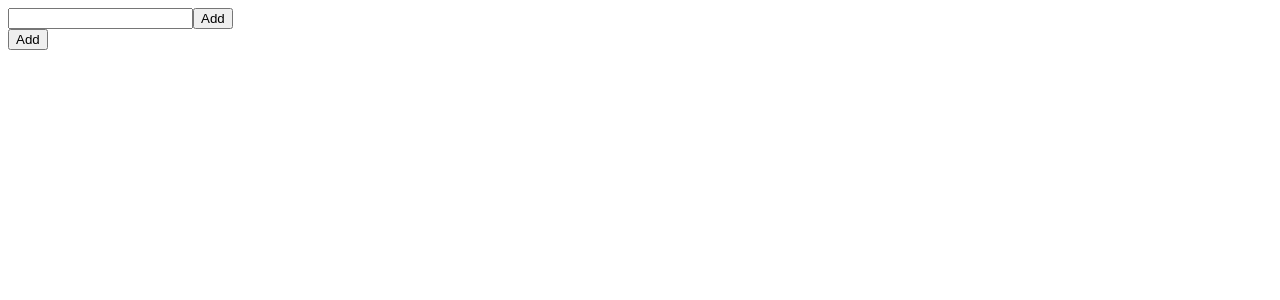
Repository: lilit1121/Vue.js-and-Rapid-Prototyping
Page: /
These files come from the project's save history. The page is drawn as it stood at one moment and after a run of saves; the edit follows.
The browser window is 1280 px wide. The pictures show the whole page.
The project was rebuilt for these pictures with package versions that can differ from the ones it lists, and the page was loaded fresh each time. Also part of the build but not shown: vue.config.js.

Above is the page before, as saved 2023-02-08 15:32:42.

### src/App.vue
<template>
  <div id="app">
    <nav>

    </nav>
    <router-view/>
  </div>
</template>

<style lang="scss">

</style>

### src/router/index.js
import Vue from 'vue'
import VueRouter from 'vue-router'
import Home from '../views/Home.vue'

Vue.use(VueRouter)

const routes = [
  {
    path: '/',
    name: 'home',
    component: Home
  },

]

const router = new VueRouter({
  mode: 'history',
  base: process.env.BASE_URL,
  routes
})

export default router

### src/views/Home.vue
<template>
  <div class="home">
    <form @submit.prevent="addTodo">
      <input v-model="newTodo" type="text" />
      <button type="submit">Add</button>
    </form>
    <button >Add</button>
    <ul>
      <li
        v-for="(todo, index) in todos"
        :key="todo.id"
        @dragstart="dragStart(index)"
        @dragover="dragOver(index)"
        @dragend="dragend(index)"
        draggable="true"
      >
        <input type="checkbox" v-model="todo.completed" />
        {{ todo.text }}
        <button @click.prevent="removeTodo(todo)">Remove</button>
      </li>
    </ul>
  </div>
</template>

<script>
export default {
  name: "Home",
  data() {
    return {
      newTodo: "",
      todos: [],
      draggedTodo: null,
      draggedIndex: null,
    };
  },
  methods: {
    addTodo() {
      this.todos.push({
        id: Date.now(),
        text: this.newTodo,
        completed: false,
      });
      this.newTodo = "";
    },
    removeTodo(todo) {
      this.todos = this.todos.filter((el) => el.id != todo.id);
    },
    dragStart(index) {
      console.log("this.todos start", this.todos);
      this.draggedTodo = this.todos[index];
      this.draggedIndex = index;
      console.log("this.draggedTodo", this.draggedTodo);
    },
    dragOver(index) {
      const draggedOverTodo = this.todos[index];
      if (this.draggedTodo === draggedOverTodo) {
        return;
      } else {
        this.draggedIndex = index;
        return;
      }
    },
    dragend(index) {
      const draggedOverTodo = this.todos[this.draggedIndex];
      if (this.draggedIndex < index) {
        this.todos.splice(this.draggedIndex, 0, this.draggedTodo);
        this.todos.splice(index + 1, 1);
      } else if (this.draggedIndex > index) {
        this.todos.splice(index, 0, draggedOverTodo);
        this.todos.splice(this.draggedIndex + 1, 1);
      }

      this.draggedTodo = null;
      this.draggedIndex = null;
    },
  },
};
</script>
<style lang="scss" scoped>
ul {
  list-style: none;
  padding: 0;
  margin: 0;
}
li {
  width: fit-content;
  background-color: #f1f1f1;
  padding: 10px;
  margin-bottom: 10px;
  border-radius: 5px;
}
li.dragged {
  opacity: 0.5;
}
</style>

Loaded but not shown: public/index.html (common file); src/main.js (common file); src/store/index.js (common file)

After the next 2 saves:
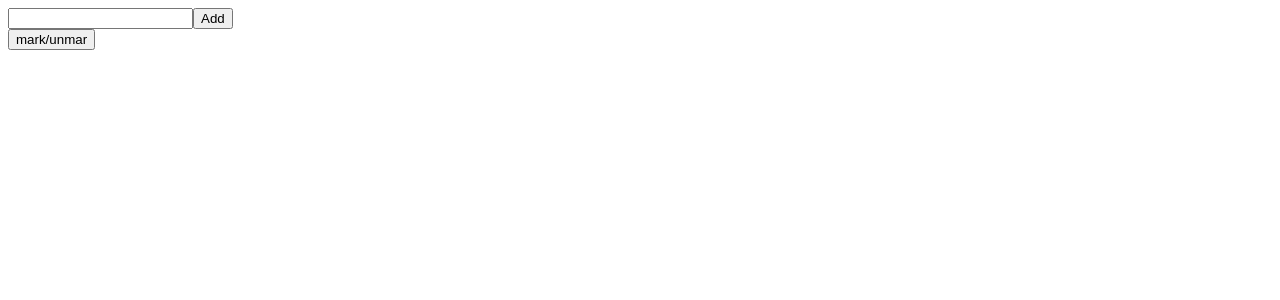
The 2 saves are shown as one change because they came seconds apart.
The last was saved 10 s later.
--- a/src/views/Home.vue
+++ b/src/views/Home.vue
@@ -4,7 +4,7 @@
       <input v-model="newTodo" type="text" />
       <button type="submit">Add</button>
     </form>
-    <button >Add</button>
+    <button>mark/unmar</button>
     <ul>
       <li
         v-for="(todo, index) in todos"
